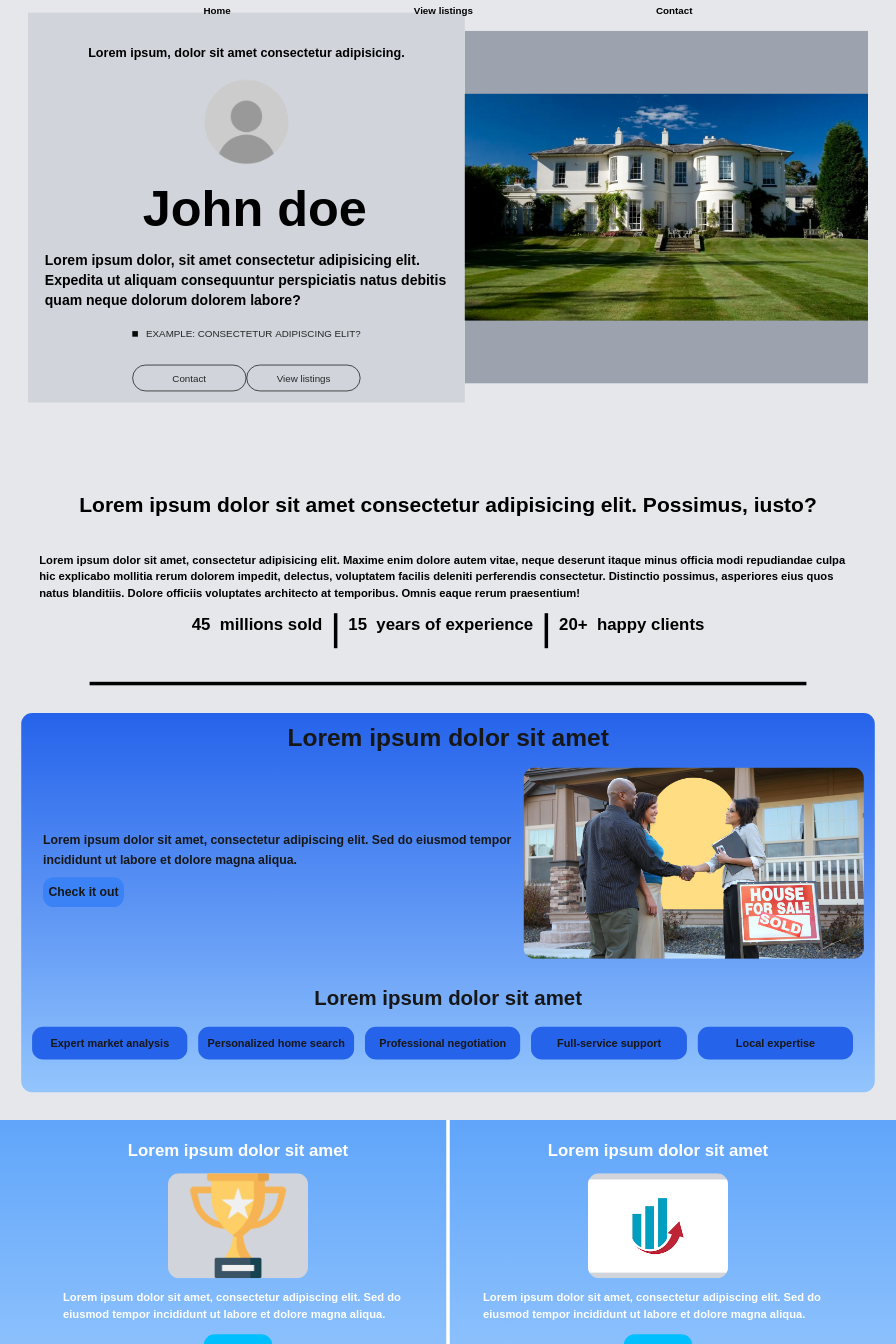
Repository: TMuse333/single-page-real-estate
Page: / (app in frontend/)
The author's editor kept a copy of each file at every save. The page is drawn from the files as they stood at one save, then again after the next save.
The browser window is 1280 px wide. The pictures show the part of the page from y = 0 to 1920 px (the page is 6391 px tall), at 70% of full size.
The project was rebuilt for these pictures with package versions that can differ from the ones it lists, and the page was loaded fresh each time. The framework's server and built-in components were replaced by stand-ins that run in the browser. Also part of the build but not shown: frontend/next.config.mjs.

Above is the page before, as saved 2024-12-05 15:20:01.

### frontend/src/app/layout.tsx
import { ContextProvider } from "@/context/context";
import type { Metadata } from "next";
import localFont from "next/font/local";
import "./globals.css";

const geistSans = localFont({
  src: "./fonts/GeistVF.woff",
  variable: "--font-geist-sans",
  weight: "100 900",
});
const geistMono = localFont({
  src: "./fonts/GeistMonoVF.woff",
  variable: "--font-geist-mono",
  weight: "100 900",
});

export const metadata: Metadata = {
  title: "Bonnie Hutchins",
  description: "A sample website for Bonnie Hutchins",
};

export default function RootLayout({
  children,
}: Readonly<{
  children: React.ReactNode;
}>) {
  return (
    <html lang="en">
      <ContextProvider>


      <body
        className={`${geistSans.variable} ${geistMono.variable} antialiased`}
      >
        {children}
      </body>
      </ContextProvider>
    </html>
  );
}

### frontend/src/app/page.tsx
"use client"


import AuroraHero from "../components/auroraHero/auroraHero";
import CountUpStats from "../components/countUpStats/countUpStats";
import ExperienceCard from "../components/experienceCard/experienceCard";
import { experienceCard1, experienceCard2 ,experienceCard3,
 displayBox1, displayBox2,blogData, closingStatement, contactCard} from "@/data/data";
// import ImageTextBox from "./components/imageTextBox/imageTextBox";
import DisplayBoxes from "../components/displayBox/displayBox";
import Testimonials from "../components/testimonials/testimonials";
import ScrollCarousel from "../components/scrollCarousel/scrollCarousel";
import Closer from "../components/closer/closer";
import BigNav from "../components/navbar/bigNav";
import Footer2 from "../components/footer/footer";
import ContactCard from "../components/contactCard/contactCard";
import Herobanner from "@/components/herobanner/herobanner";
export default function Home() {
  return (
    <>

   <main className="relative w-screen overflow-x-hidden
   bg-gray-200 ">
   <BigNav
    excludedLink=""
    />
    {/* <AuroraHero/> */}
    <Herobanner/>
    <CountUpStats
    number1="45"
    number2="15.5"
    number3="20"/>

<ExperienceCard
    {...experienceCard2}
    />

    <DisplayBoxes
    data={displayBox1}
    />



<ExperienceCard
    {...experienceCard3}
    />



    <DisplayBoxes
    data={displayBox2}
    />

  <ExperienceCard
    {...experienceCard1}
    />

    <Testimonials/>

    <ScrollCarousel
    images={blogData}
    bgImage
    />



    <Closer
    {...closingStatement}
    />

<ContactCard
    {...contactCard}
    />

    <Footer2
    excludedLink=""
    />


   </main>
   </>
  );
}

### frontend/src/context/context.tsx
"use client"

import React, { createContext, useState, useContext, ReactNode, useEffect } from 'react';

// Define the type for the context value
interface GeneralContextType {

  isMobile: boolean;
  setIsMobile: React.Dispatch<React.SetStateAction<boolean>>;
  heroInView: boolean;
  setHeroInView: React.Dispatch<React.SetStateAction<boolean>>;


}

// Create the context
export const GeneralContext = createContext<GeneralContextType | undefined>(undefined);

// Create a provider component
export const ContextProvider: React.FC<{ children: ReactNode }> = ({ children }) => {
  // Initialize the value state


  // Detect mobile devices
  const [isMobile, setIsMobile] = useState<boolean>(true);

const [heroInView, setHeroInView] = useState(true)





  useEffect(() => {
    const handleScroll = () => {
      if (typeof window !== 'undefined') {
        setIsMobile(window.innerWidth <= 865);
      }
    };

    if (typeof window !== 'undefined') {
      window.addEventListener('scroll', handleScroll);
      handleScroll(); // Initial check
    }

    return () => {
      if (typeof window !== 'undefined') {
        window.removeEventListener('scroll', handleScroll);
      }
    };
  }, []);


  useEffect(() => {
    console.log('is mobile', isMobile);
  }, [isMobile]);

  const contextValue = {

    isMobile,
    setIsMobile,
    heroInView, setHeroInView

  };

  return <GeneralContext.Provider value={contextValue}>{children}</GeneralContext.Provider>;
};

export const useGeneralContext = (): GeneralContextType => {
  const context = useContext(GeneralContext);
  if (!context) {
    throw new Error('useGeneralContext must be used within a ContextProvider');
  }
  return context;
};

### frontend/src/components/countUpStats/countUpStats.tsx
"use client"
import React, {useRef} from "react";
import CountUp from "react-countup";
import { useInView} from 'framer-motion'

interface Props {
  number1: string;
  number2: string;
  number3: string;
}

const CountUpStats: React.FC<Props> = ({ number1, number2, number3 }) => {

    const ref = useRef(null)
    const inView = useInView(ref,{
        once:true
    })
  return (
    <>
    <section   ref={ref}
    className="mx-auto w-screen max-w-[1200px]
    text-black">
         <h2 className="text-center px-4 font-bold text-2xl sm:text-3xl
         my-12">Lorem ipsum dolor sit amet consectetur adipisicing elit. Possimus, iusto?</h2>
         <p className="font-semibold px-4">
            Lorem ipsum dolor sit amet, consectetur adipisicing elit. Maxime enim dolore autem vitae, neque deserunt itaque minus officia modi repudiandae culpa hic explicabo mollitia rerum dolorem impedit, delectus, voluptatem facilis deleniti perferendis consectetur. Distinctio possimus, asperiores eius quos natus blanditiis. Dolore officiis voluptates architecto at temporibus. Omnis eaque rerum praesentium!
         </p>

    <section

      className="flex mx-auto flex-col justify-center items-center mt-4
      md:flex-row font-semibold"
    >

      {/* Number 1 */}
      <div className="text-2xl mb-6 flex flex-col
      justify-center md:flex-row items-start ">
        <CountUp start={0}
          end={inView ? parseInt(number1) : 0}
         duration={2} />
         &nbsp; millions sold
         <div className="w-[50vw] h-[5px] bg-black mb-6
      md:h-[50px] md:w-[5px] mx-4 " />
      </div>

      {/* Divider */}


      {/* Number 2 */}
      <div className="text-2xl mb-6 flex flex-col
      justify-center md:flex-row items-start ">
        <CountUp start={0}
          end={inView ? parseInt(number2) : 0}
         duration={2} />
         &nbsp; years of experience
         <div className="w-[50vw] h-[5px] bg-black mb-6
      md:h-[50px] md:w-[5px] mx-4 " />
      </div>

      {/* Number 3 */}
      <div className="text-2xl mb-6 flex flex-col
      justify-center md:flex-row items-start mb-auto">
        <CountUp start={0}
          end={inView ? parseInt(number3) : 0}
         duration={2} />
         +&nbsp; happy clients

      </div>
    </section>
    </section>

    <div className="w-[80vw] max-w-[1200px]
    mx-auto h-[5px] bg-black"
    />

    </>
  );
};

export default CountUpStats;

### frontend/src/components/displayBox/displayBox.tsx
import React from "react";
import Image from 'next/image'
import Link from "next/link";


interface ElementProps {
    title:string,
    src:string,
    alt:string,
    description:string,
    buttonText:string,
    destination:string
}

const Element:React.FC<ElementProps> = ({
    title,src,alt,description,buttonText,
    destination
}) => {

    return (
        <section className="w-[90vw] mx-auto flex
        mt-2
        flex-col justify-center items-center relative

        sm:w-[45vw] max-w-[500px] mb-8">
            <h2 className="text-white text-center
            text-2xl mb-4 font-semibold">{title}</h2>
            <Image
            src={src}
            alt={alt}
            width={600}
            height={1300}
            className='w-[40vw]  h-[20vw]
            max-h-[150px] mx-auto object-contain
            max-w-[200px] bg-gray-300 rounded-2xl'
            />
            <p className="text-white my-4 font-semibold">{description}</p>
            <button className="bg-[#00bfff]
            p-2 rounded-2xl text-white">
                <Link href={destination}>
                    {buttonText}
                </Link>
            </button>


        </section>

    )
}

interface DisplayBoxProps {
    data:ElementProps[]
}

    const DisplayBoxes:React.FC<DisplayBoxProps> = ({
        data
    }) => {

        return (
            <section className="w-screen relative
            bg-gradient-to-b from-blue-400 to-blue-300 "
            >


            <section className="flex flex-col
            sm:grid grid-cols-2 justify-center
            items-center max-w-[1200px]
            mx-auto bg-gradient-to-b from-blue-400 to-blue-300
             pt-5">
                <div className="absolute
                top-1/2 w-full
                 sm:top-0
                left-1/2 -translate-x-1/2 h-[5px]
                 md:h-full
                sm:w-[5px] bg-white"/>
                {data.map((data, index) => (
                    <Element
                    {...data}
                    key={index}
                    />
                ))}
            </section>
            </section>

        )
    }


    export default DisplayBoxes

### frontend/src/components/closer/closer.tsx
"use client"

import React, { useRef} from "react";
import Link from "next/link";
import {motion, useInView} from 'framer-motion'
import Image from "next/image";


interface Props {
    image:string,
    title:string,
    description:string,
    buttonText:string,
    destination:string

}

const Closer: React.FC<Props> = ({image,title,description,
destination,buttonText}) => {

    const ref = useRef(null)

    const inView = useInView(ref,{
        once:true
    })

      const variants = {
        initial:{
            opacity:0,
            x:-100
        },
        animate:{
            x:0,
            opacity:1,
            transition:{
                opacity:{
                    duration:0.5
                }
            }
        }

      }

      const textVariants = {
        initial:{
            y:-20,
            opacity:0
        },
        animate:{
            opacity:1,
            y:0,
            transition:{
                delay:0.5
            }
        }
      }

    return (
        <motion.section ref={ref}

        className={`w-screen text-white h-[600px]
        relative flex flex-col items-center justify-center
        bg-center
        `}
        variants={variants}
        initial='initial'
        animate={inView ? 'animate' : 'initial'}
        >
            <Image src={image}
            alt="A background image of cash to signifies how you cash sell your houses fast for cash with ontario cash for houses"
            className='absolute w-full h-full
            object-cover'
                style={{
                    filter:'brightness(0.6)'
                }}
                width={600}
                height={1300}
            />

            <motion.div className="-mt-12 relative z-[4]"
              variants={textVariants}
              initial='initial'
              animate={inView ? 'animate' : 'initial'}>
            <motion.h4

            className="pl-4 text-3xl  ">{title}
            </motion.h4>

            <p className="mt-4 text-left pl-4 pr-4
            max-w-[800px] sm:text-xl ">{description}</p>

            <Link href={destination}
            passHref>
                <button className="mt-6 text-black
                bg-white ml-4 hover:bg-blue-500
                transition-all hover:text-white
                hover:scale-[1.05] p-3
                rounded-xl">
                {buttonText}
                </button>
            </Link>
            </motion.div>
        </motion.section>
    )
}

export default Closer

### frontend/src/components/contactCard/contactCard.tsx
import Image from "next/image";
import Link from "next/link";
import React from "react";



interface Props {
    src:string,
    alt:string,
    name:string,
    title:string
    description:string,
    quote:string
    phone:string,
    email:string,
    socials:{
        src:string,
        destination:string,
        alt:string
    }[]
}


const ContactCard:React.FC<Props> = ({
    src,alt,name,
    phone,email,socials,title,quote
}) => {


    return (
        <section className="mx-auto flex flex-col
        md:flex-row max-w-[1200px] my-12">
            <section className="text-center
            md:w-[33vw] max-w-[400px]">
                <h3 className="mb-2 font-bold
                text-3xl">{name}</h3>
                <h4 className="mb-2 font-semibold
                whitespace-pre-line">{title}</h4>
                <p className="mb-2 px-4">{quote}</p>
            </section>
            <section className="md:w-[33vw] max-w-[400px]">
                <Image
                src={src}
                alt={alt}
                className='w-[70vw]
                object-contain mx-auto
                max-w-[200px] hax-h-[250px]'
                width={600}
                height={1300}
                />
            </section>
            <section className="text-center  md:w-[33vw] max-w-[400px]">
                <h3 className="mb-2 text-2xl font-semibold">Contact Information</h3>
                <p className="mb-2 font-semibold">{phone}</p>
                <p className="mb-2 font-semibold whitespace-pre-line

                leading-6">{email}</p>
                {/* <ul className="flex items-center w-full
                ">
                    {socials.map((social,index)=>(
                        <li className="mx-auto"
                        key={index}
                        >
                            <Image
                            src={social.src}
                            alt={social.alt}
                            className='w-[100px]
                            object-contain'
                            width={600}
                            height={1300}
                            />
                            <Link
                            href={social.destination}
                            />
                        </li>
                    ))}
                </ul> */}
            </section>

        </section>
    )
}

export default ContactCard

### frontend/src/components/herobanner/herobanner.tsx
import Image from "next/image";
// import Link from "next/link";
import React from "react";
// import tom from '../../../public/thomas-full-body-1-nogb.png'
// import full from '../../../public/smile-tom.png'
import side from '../../../public/placeholder.png'
import home from '../../../public/home.webp'
import { TypeWriter } from "../typeWriter/typeWriter";
// import half from '../../../public/smiley-tom-half.png'
const Herobanner = () => {

    return (


       <header className="flex flex-col md:flex-row
       md:h-screen relative items-center
       mx-auto max-w-[1200px] text-black
       md:mt-[-4rem]  "
    //    style={{
    //     background: 'radial-gradient(circle, #00bfff -150%, rgba(0, 191, 255, 0%) 80%)'
    //   }}
      >

        <section className="flex flex-col
        md:w-[50vw] justify-center
        items-center bg-gray-300 py-4">
             <h2 className="mx-auto p-3
             text-center
           text-lg mt-4 font-semibold ">
           Lorem ipsum, dolor sit amet consectetur adipisicing.

            </h2>


            <Image
            src={side}


            height={600}
            width={1300}
            alt='A full body image of Thomas Musial'
            className="w-[80vw] h-[20vh] object-contain mx-auto
           rounded-full bg-gray-600 md:bg-transparent

            "
            />
            <h1 className="font-semibold
            text-5xl sm:text-6xl md:text-7xl
             mt-4 text-center md:text-start md:pl-6">John doe</h1>
            <p className="mx-auto p-6 font-semibold
            text-xl">
              Lorem ipsum dolor, sit amet consectetur adipisicing elit. Expedita ut aliquam consequuntur perspiciatis natus debitis quam neque dolorum dolorem labore?
            </p>
            <TypeWriter
            />
            {/* <section className="flex mr-auto ml-6">
                <button className="bg-[#00bfff] p-3
                rounded-2xl mr-6">Contact</button>
                <button className="bg-[#00bfff] p-3
                rounded-2xl mr-6">View listings</button>
            </section> */}
            </section>

            <Image
            src={home}


            height={600}
            width={1300}
            alt='A full body image of Thomas Musial'
            className="w-[45vw] hidden  object-contain mx-auto
 bg-gray-400  md:block h-[70vh]


            "
            />






       </header>
    )
}

export default Herobanner

### frontend/src/components/slidingText/slidingText.tsx
import React, { useRef, useState } from "react";
import { motion, useScroll, useTransform, useMotionValueEvent } from "framer-motion";
import { useGeneralContext } from "@/context/context";

interface TextProps {
    text: string;
    setSlideComplete?: React.Dispatch<React.SetStateAction<boolean>>;
    reverse?:boolean,
    subText?:string
}

const SlidingText: React.FC<TextProps> = ({ text, setSlideComplete,
reverse,subText }) => {
    // Reference to the target element to track scroll position
    const targetRef = useRef(null);

    const {isMobile} = useGeneralContext()

    // State to track when slide is complete
    const [slideComplete, setLocalSlideComplete] = useState(false);

    // Get scroll progress relative to the targetRef
    const { scrollYProgress } = useScroll({
        target: targetRef,
        offset: ["end end", "end start"], // Adjust these offsets as needed
    });

    // Transform scroll progress to x position, scale, and opacity
    const x = useTransform(scrollYProgress, [0, isMobile ? 0.4 : 0.6], [!reverse ? 350 : -350, 0]); // Adjust as needed
    const opacity = useTransform(scrollYProgress, [0, 0.2, 0.55], [0, 0.0, 1]);

    // Monitor changes in the `x` value and set `slideComplete` to true when x reaches 0


    useMotionValueEvent(x,"change",(latest) => {
        if(latest === 0 && !slideComplete){
            setLocalSlideComplete(true)
            if (setSlideComplete) {
                console.log('skdie complete true')
                setSlideComplete(true);
            }
        }

    })

    return (
        <div ref={targetRef}>
            <motion.h2
                className=" bg-gradient-to-b from-white to-gray-300 bg-clip-text text-transparent
                text-3xl sm:text-4xl md:text-5xl lg:text-6xl font-semibold text-center relative transition-colors
                mb-8"
                // style={!slideComplete ? { x, opacity } : {}} // Apply the animated styles
                style={{ x, opacity }}
                // Apply the gradient flow when slideComplete is true
                whileInView={
                    slideComplete
                        ? {
                              backgroundImage: [
                                  "linear-gradient(to right, #00e0ff, #00a2e4, #00e0ff)", // Default colors
                                  "linear-gradient(to right, #33e8ff, #33b5d6, #33e8ff)", // Brighter colors
                                  "linear-gradient(to right, #00e0ff, #00a2e4, #00e0ff)",  // Back to default
                              ],
                              transition: {
                                  repeat: Infinity,
                                  repeatType: "mirror",
                                  duration: 3, // Control how fast the gradient oscillates
                              },
                          }
                        : {}
                }
            >
                {text}
            </motion.h2>
            {subText && (
                <motion.h3 className={`w-[80vw] mx-auto text-xl
                transition-opacity
                sm:text-2xl ${slideComplete ? 'opacity-1' : 'opacity-0'}`}>
                    {subText}
                </motion.h3>
            )}
        </div>
    );
};

export default SlidingText;

Loaded but not shown: frontend/src/app/globals.css (common file); frontend/tailwind.config.ts (common file); frontend/src/components/navbar/bigNav.tsx (512 lines, source omitted); frontend/src/components/experienceCard/experienceCard.tsx (191 lines, source omitted); frontend/src/data/data.ts (173 lines, source omitted); frontend/src/components/testimonials/testimonials.tsx (127 lines, source omitted); frontend/src/components/scrollCarousel/scrollCarousel.tsx (161 lines, source omitted); frontend/src/components/footer/footer.tsx (178 lines, source omitted); frontend/src/components/typeWriter/typeWriter.tsx (129 lines, source omitted)

After the next save:
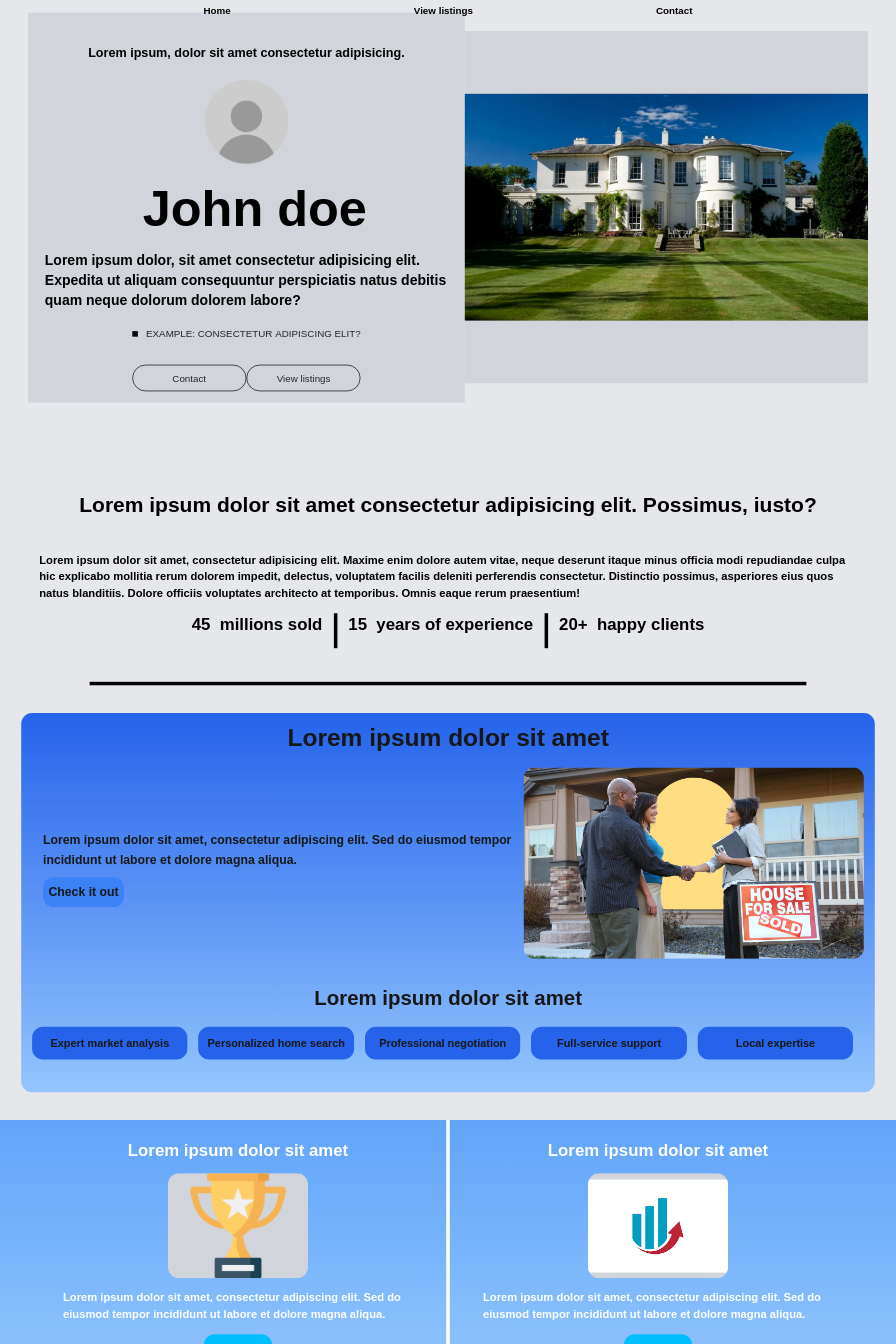
Saved 6 s later.
--- a/frontend/src/components/herobanner/herobanner.tsx
+++ b/frontend/src/components/herobanner/herobanner.tsx
@@ -69,7 +69,7 @@ const Herobanner = () => {
             width={1300}
             alt='A full body image of Thomas Musial'
             className="w-[45vw] hidden  object-contain mx-auto
- bg-gray-400  md:block h-[70vh]
+ bg-gray-300  md:block h-[70vh]
 
 
             "
